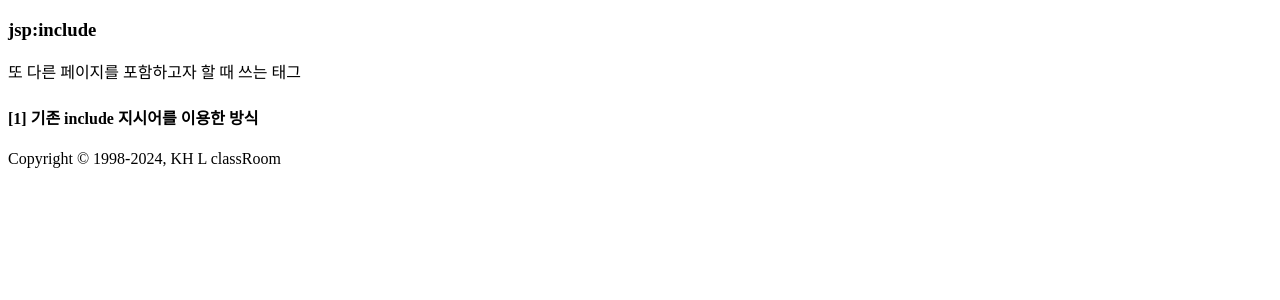
Repository: hailey-516/servlet
Page: http://localhost/3_elAction/views/2_Standard_Action/01_include.jsp
An editor plug-in stored every save of this project. The page is shown before and after a run of saves, followed by the edit.
The browser window is 1280 px wide. The pictures show the whole page.
The page is served by Tomcat 9.

Above is the page before, as saved 2024-08-27 01:27:43.

After the next 2 saves:
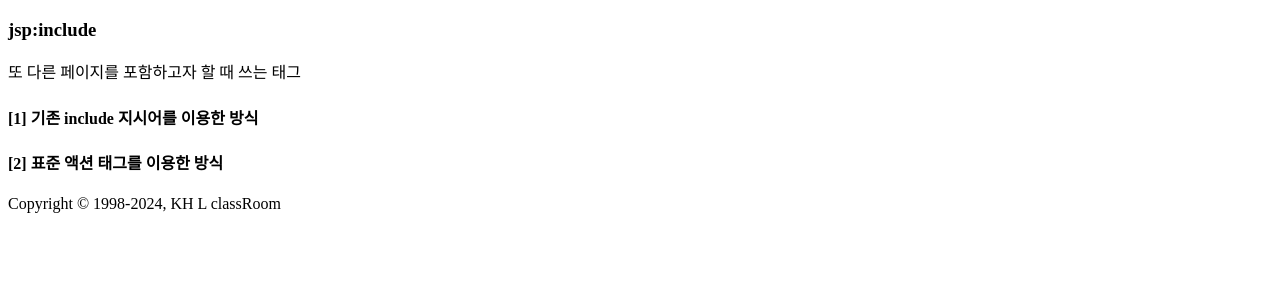
The 2 saves are shown as one change because 1 did not build or start.
The last was saved 2 min 56 s later.
--- a/3_elAction/src/main/webapp/views/2_Standard_Action/01_include.jsp
+++ b/3_elAction/src/main/webapp/views/2_Standard_Action/01_include.jsp
@@ -11,6 +11,11 @@
 	<p>또 다른 페이지를 포함하고자 할 때 쓰는 태그</p>
 
 	<h4>[1] 기존 include 지시어를 이용한 방식</h4>
+	<%--
 	<%@ include file="footer.jsp" %>
+	--%>
+
+	<h4>[2] 표준 액션 태그를 이용한 방식</h4>
+	<jsp:include page="footer.jsp"></jsp:include>
 </body>
 </html>
